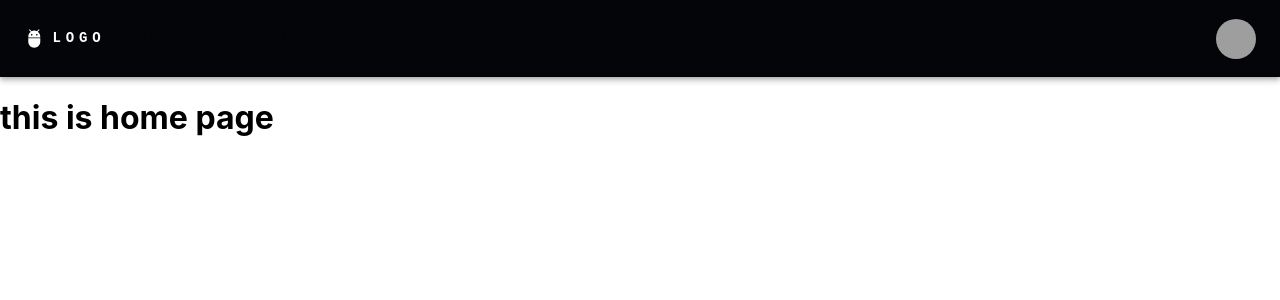
Repository: mdrubel02/health-care
Page: /
The author's editor kept a copy of each file at every save. The page is drawn from the files as they stood at one save, then again after the next save.
The browser window is 1280 px wide. The pictures show the whole page.
Pictures or frames that could not be fetched are drawn as grey boxes. The project was rebuilt for these pictures with package versions that can differ from the ones it lists, and the page was loaded fresh each time. Also part of the build but not shown: src/Pages/Appointment/Appointment.js.

Above is the page before, as saved 2022-11-14 14:09:05.

After the next save:
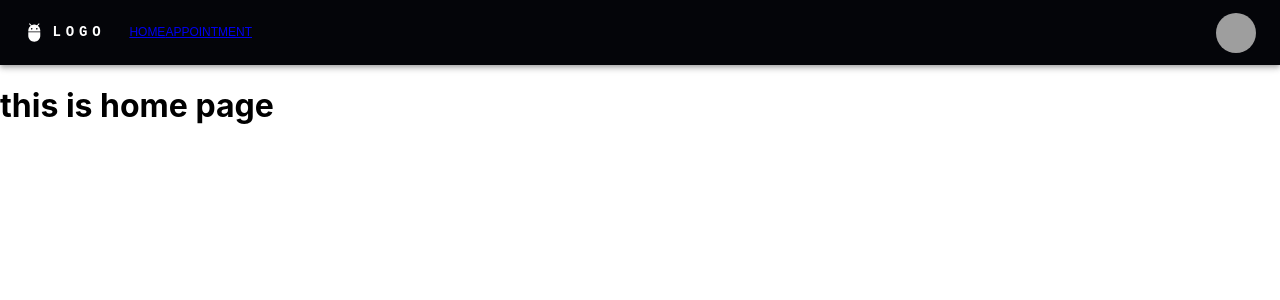
Saved 4 min 14 s later.
--- a/src/Pages/Header/Header.js
+++ b/src/Pages/Header/Header.js
@@ -1,13 +1,14 @@
 import { AppBar, Avatar, Box, Button, Container, IconButton, Menu, MenuItem, Toolbar, Tooltip, Typography, useTheme } from '@mui/material';
 import AdbIcon from '@mui/icons-material/Adb';
 import MenuIcon from '@mui/icons-material/Menu';
-import { Link as RouterLink } from 'react-router-dom';
+// import { Link as RouterLink } from 'react-router-dom';
 import React, { useState } from 'react';
 import { tokens } from '../../Theme/Theme';
+import { Link } from 'react-router-dom';
 
 const items = <React.Fragment>
-    <Button component={RouterLink} to="/home">Home</Button>
-    <Button component={RouterLink} to="/appointment">Appointment</Button>
+    <Link  to="/home">Home</Link>
+    <Link  to="/appointment">Appointment</Link>
 </React.Fragment>
 const settings = ['Profile', 'Account', 'Dashboard', 'Logout'];
 
